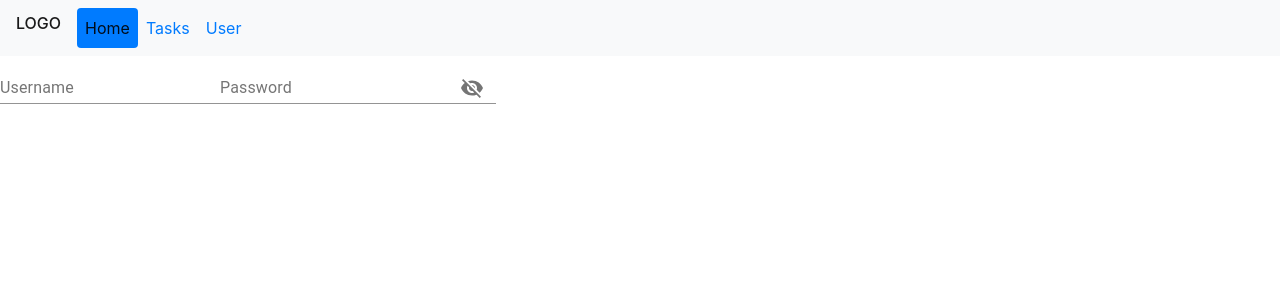
Repository: lalji-yadav/Nimapinfotech-demo-project
Page: /login
The author's editor kept a copy of each file at every save. The page is drawn from the files as they stood at one save, then again after the next save.
The browser window is 1280 px wide. The pictures show the whole page.
The project was rebuilt for these pictures with package versions that can differ from the ones it lists, and the page was loaded fresh each time. Also part of the build but not shown: src/App.css, src/components/Home.js, src/components/Tasks.js, src/components/Users.js.

Above is the page before, as saved 2021-01-17 10:07:55.

After the next save:
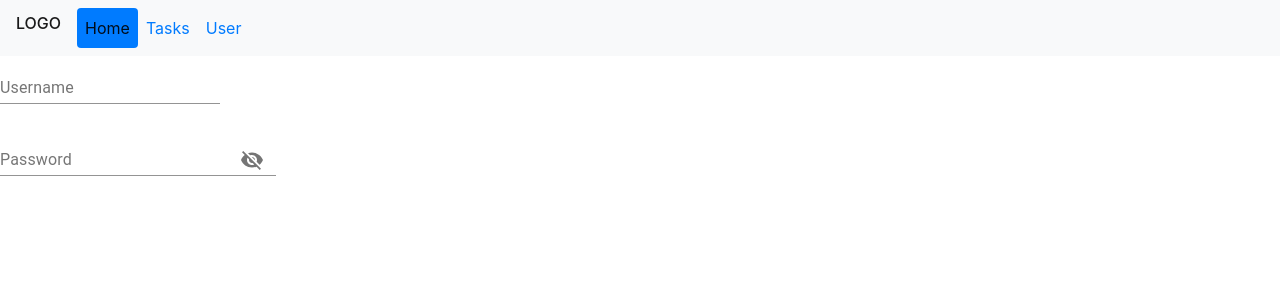
Saved 48 s later.
--- a/src/components/Login.js
+++ b/src/components/Login.js
@@ -73,8 +73,8 @@ import VisibilityOffIcon from '@material-ui/icons/VisibilityOff';
       <div>
 
          <TextField id="Username"
-                 label="Username"
-                    color="primary" />
+            label="Username"
+            color="primary" /> <br /> <br />
 
         <FormControl>
           <InputLabel htmlFor="standard-adornment-password">Password</InputLabel>
